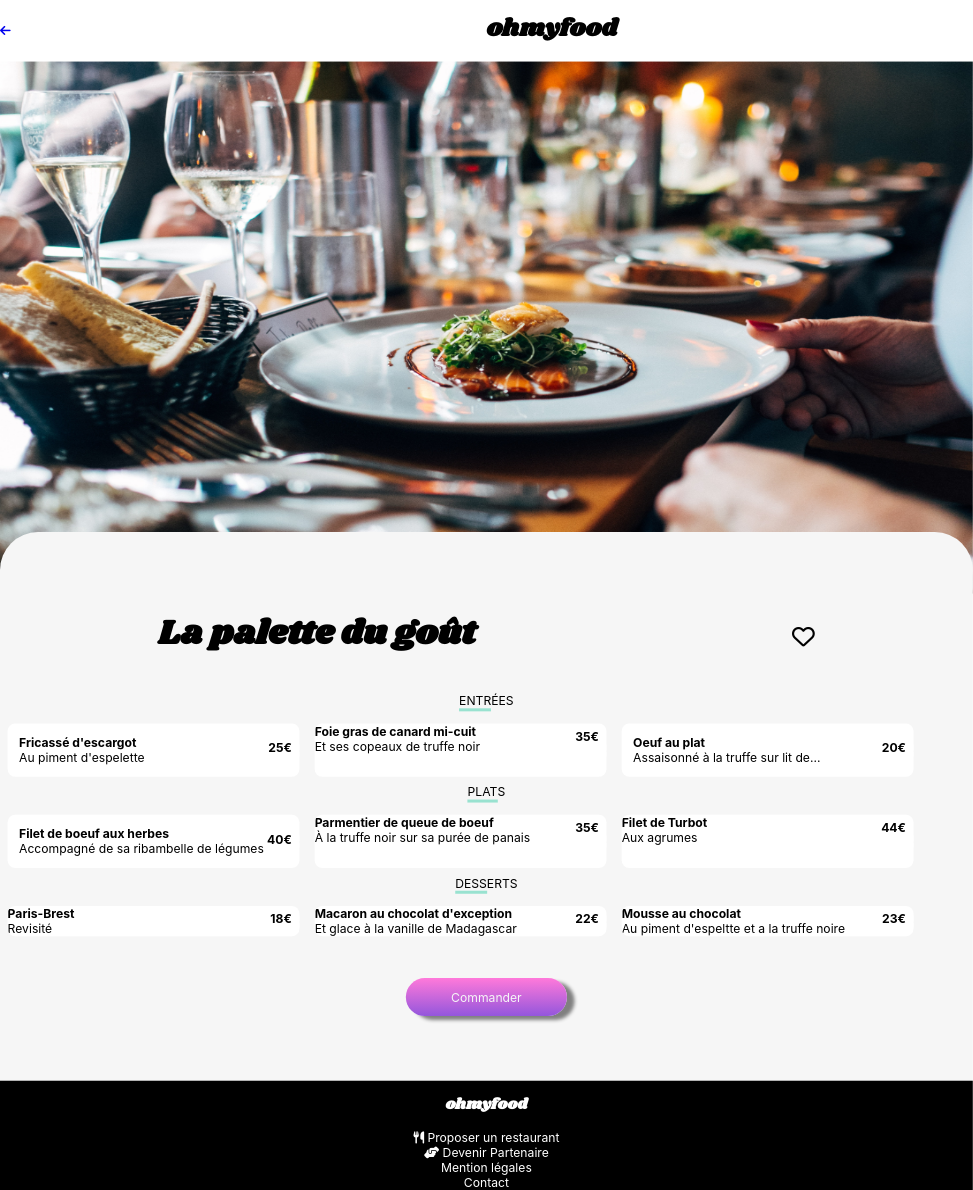
Repository: yacinebouk/ohmyfood
Page: palette.html
The author's editor kept a copy of each file at every save. The page is drawn from the files as they stood at one save, then again after the next save.
The browser window is 1280 px wide. The pictures show the whole page, at 76% of full size.
Some web libraries are served in a nearby version. The style sheet was rebuilt from its Sass, Less or Tailwind sources for each picture, by a compiler version that may differ from the author's.

Above is the page before, as saved 2022-06-27 16:42:34.

After the next save:
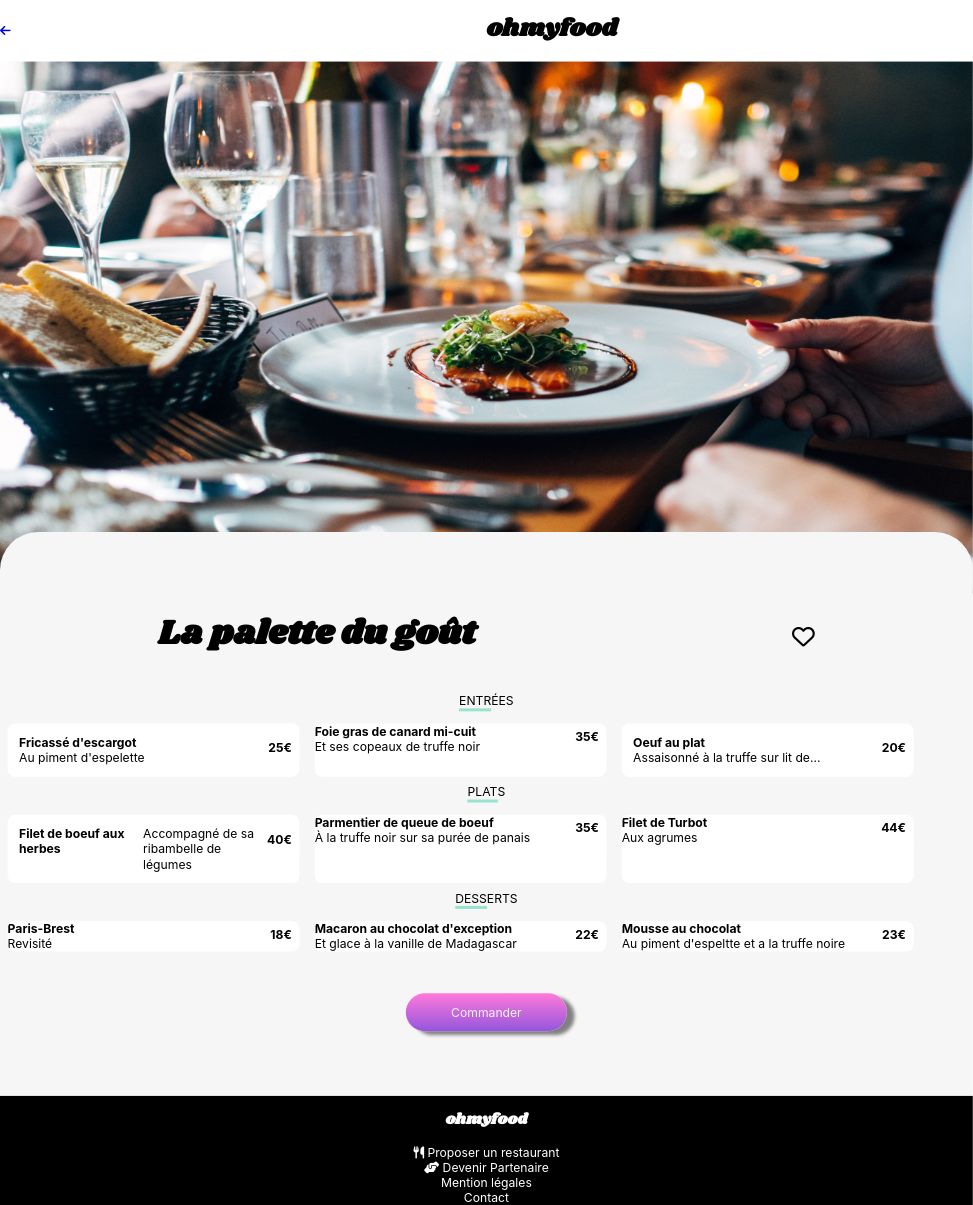
Saved 15 s later.
--- a/palette.html
+++ b/palette.html
@@ -69,6 +69,8 @@
                             <div class="pd-15">
                                 <div class="text">
                                     <div class="major"><b>Filet de boeuf aux herbes</b></div>
+                                </div>
+                                <div class="text">
                                     <div class="flavors">Accompagné de sa ribambelle de légumes</div>
                                 </div>
                                 <div class="block-price">
